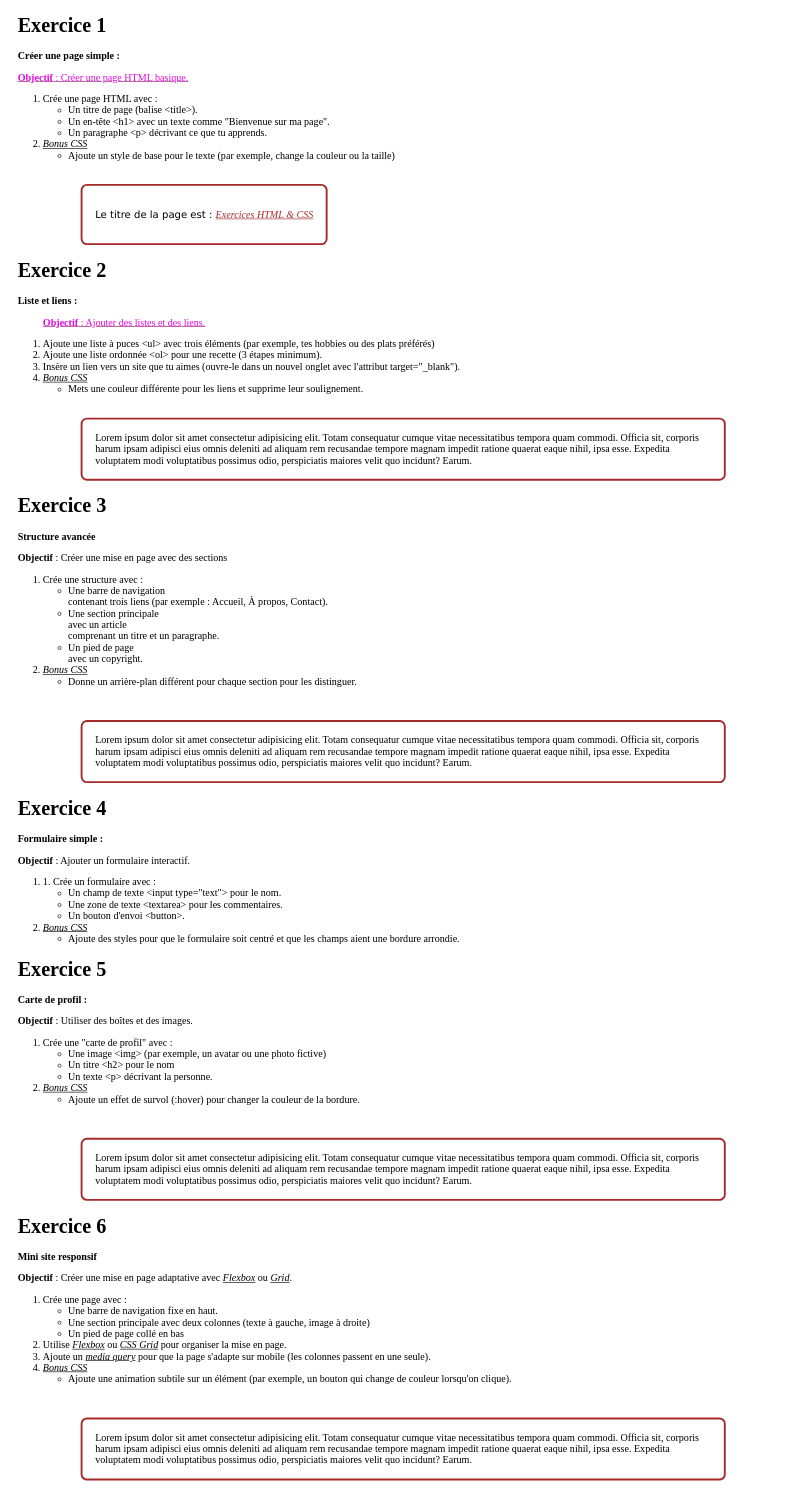
Repository: AnnaSpirit/Mimo_App
Page: Exercices_HTML&CSS.html
The author's editor kept a copy of each file at every save. The page is drawn from the files as they stood at one save, then again after the next save.
The browser window is 1280 px wide. The pictures show the whole page, at 63% of full size.

Above is the page before, as saved 2024-12-08 12:25:10.

After the next save:
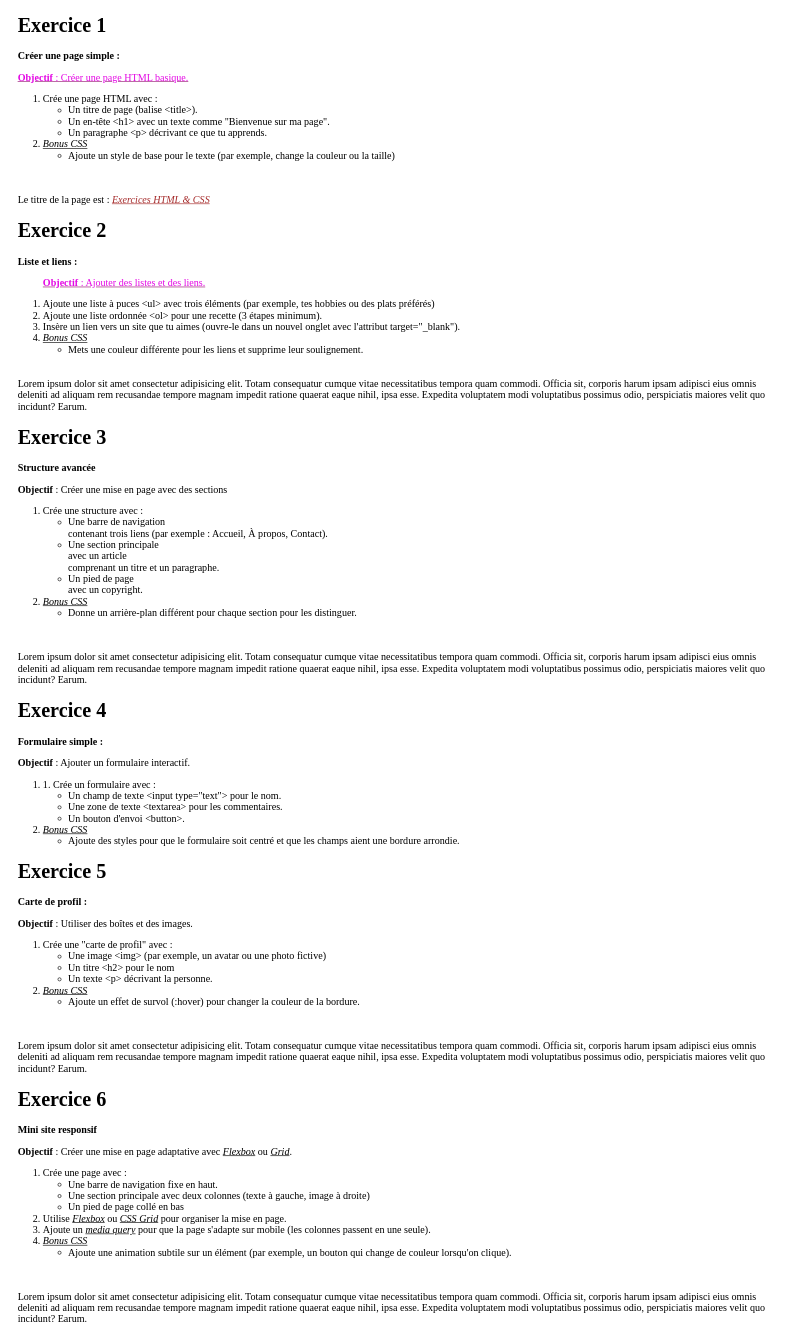
Saved 2 min 59 s later.
--- a/styleCSS.css
+++ b/styleCSS.css
@@ -33,7 +33,7 @@
 .EX .select{
     font-style: oblique;
 }
-.Resultat{
+/* .Resultat{
     border: 3px solid brown;
     /* Une bordure noire de 2px */
     padding: 20px;
@@ -50,4 +50,4 @@
 }
 .Resultat em{
     color: brown;
-}
+} */

After the save that followed:
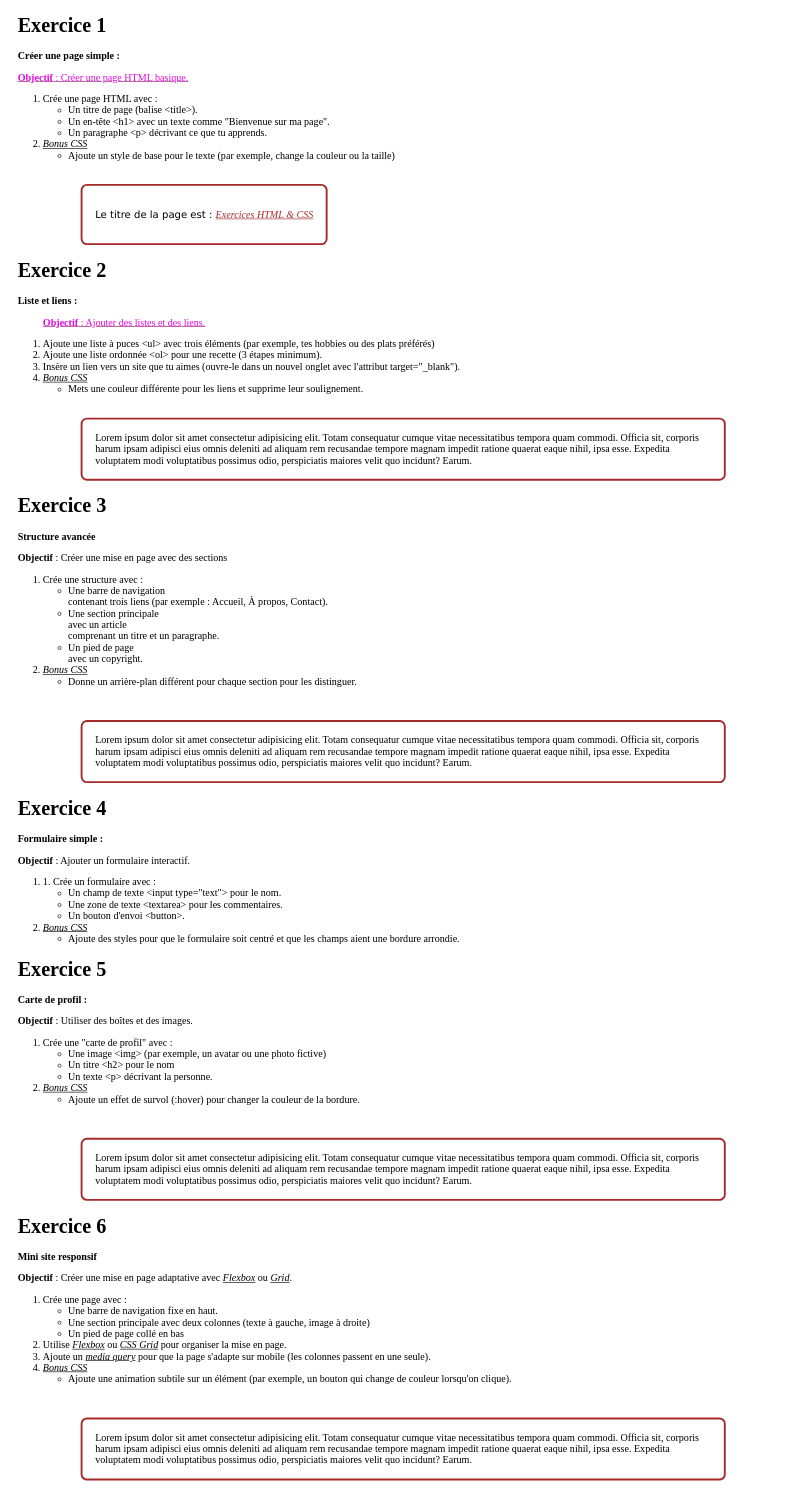
Saved 4 s later.
--- a/styleCSS.css
+++ b/styleCSS.css
@@ -33,7 +33,7 @@
 .EX .select{
     font-style: oblique;
 }
-/* .Resultat{
+.Resultat{
     border: 3px solid brown;
     /* Une bordure noire de 2px */
     padding: 20px;
@@ -50,4 +50,4 @@
 }
 .Resultat em{
     color: brown;
-} */
+}
